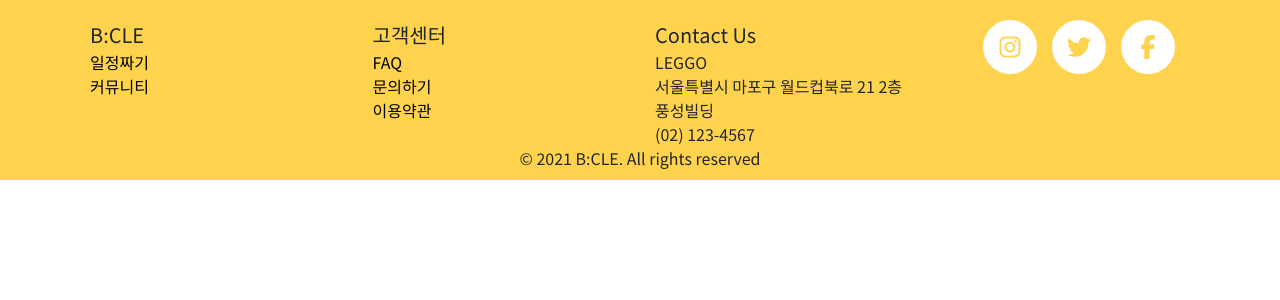
Repository: hyodii/FinalProject
Page: http://localhost/ViewPage/footer3.jsp
The author's editor kept a copy of each file at every save. The page is drawn from the files as they stood at one save, then again after the next save.
The browser window is 1280 px wide. The pictures show the whole page.
Some web libraries are served in a nearby version. The page is served by Tomcat 9.

Above is the page before, as saved 2021-12-08 04:53:54.
Console error (its wording comes from the project's code and is left out).

### ViewPage/WebContent/footer3.jsp
<%@ page contentType="text/html; charset=UTF-8"%>
<%@ taglib prefix="c" uri="http://java.sun.com/jsp/jstl/core"%>
<%
	request.setCharacterEncoding("UTF-8");
	String cp = request.getContextPath();
%>
<!DOCTYPE html>
<html>
<head>
<meta charset="utf-8">
<title>B:CLE Footer(예비용)</title>

<link
	href="https://cdn.jsdelivr.net/npm/bootstrap@4.4.1/dist/css/bootstrap.min.css"
	rel="stylesheet">
<script
	src="https://cdn.jsdelivr.net/npm/bootstrap@4.4.1/dist/js/bootstrap.bundle.min.js"></script>
<link rel="preconnect" href="https://fonts.googleapis.com">
<link rel="preconnect" href="https://fonts.gstatic.com">
<link
	href="https://fonts.googleapis.com/css2?family=Noto+Sans+KR:wght@400;700&display=swap"
	rel="stylesheet">
<script src="https://kit.fontawesome.com/dab690a483.js" crossorigin="anonymous"></script>
<style type="text/css">

/*reset*/
* {margin: 0;padding: 0;}
body {margin: 0;}
h1, h2, h3, h4, h5, h6, p, ul, ol, li, dl, dt, dd {margin: 0; padding: 0;}
h1, h2, h3, h4, h5, h6 {font-weight: 700; }
a {color: inherit; text-decoration: inherit;}
img {vertical-align: middle;}
a img {border: none;}
li {list-style: none;}
address, em, i, ul {font-style: normal;}

/*layout*/
.mo {display: none;}
.en {font-family: 'Exo 2', sans-serif;}
body {font-family: 'Noto Sans KR', sans-serif; font-size: 14px;}
.wrap {margin: 0 auto; }

#footer-wrapper
{
	background-color: #FFD34E;
	font-family: 'Noto Sans KR', sans-serif;
	font-size: 12pt;
}
.title
{
	font-family: 'Noto Sans KR', sans-serif;
	font-size: 15pt;
}

.container
{
	padding: 20px;
}

ul
{
   list-style:none;
   padding-left:0px;
}
a.menuitem
{
	text-decoration: none;
	text-align: center;
	color: black;
}
a.menuitem:hover
{
	color: #105B63;
}


.second-box
{
  display: flex;
  justify-content: flex-end;
}

.icon
{
  /* width: 40%; */
  display: flex;
  justify-content: flex-end;
  color: #FFD34E
}

.icon-box
{
  width: 54px;
  height: 54px;
  background-color: white;
  border-radius: 50%;
  margin-right: 15px;
  display: flex;
  justify-content: center;
  align-items: center;
}

.icon
{
  font-size: 24px;
}
.icon:hover {
  color: #105B63;
}

</style>

</head>
<body>

<!-- Footer -->
<div id="footer-wrapper">
	<footer id="footer" class="container">
		<div class="row">
			<div class="col-3 col-6-medium col-12-small">

				<!-- Links -->
					<section class="widget links">
						<div class="title">B:CLE</div>
						<ul class="style2">
							<li><a href="#" class="menuitem">일정짜기</a></li>
							<li><a href="mainhome.action" class="menuitem">커뮤니티</a></li>
							<!-- <li><a href="#">Felis varius pellentesque potenti</a></li>
							<li><a href="#">Nullam scelerisque blandit leo</a></li> -->
						</ul>
					</section>

			</div>
			<div class="col-3 col-6-medium col-12-small">

				<!-- Links -->
					<section class="widget links">
						<div class="title">고객센터</div>
						<ul class="style2">
							<li><a href="#" class="menuitem">FAQ</a></li>
							<li><a href="#" class="menuitem">문의하기</a></li>
							<li><a href="#" class="menuitem">이용약관</a></li>
							<!-- <li><a href="#">Felis varius pellentesque potenti</a></li>
							<li><a href="#">Nullam scelerisque blandit leo</a></li> -->
						</ul>
					</section>

			</div>

			<div class="col-3 col-6-medium col-12-small">

				<!-- Contact -->
					<section class="widget contact last">
						<div class="title">Contact Us</div>

						<p class="menuitem">LEGGO<br />
						서울특별시 마포구 월드컵북로 21 2층 풍성빌딩<br />
						(02) 123-4567</p>
					</section>

			</div>

			<div class="col-3 col-6-medium col-12-small">

				<!-- 아이콘 -->
				<!-- <section class="widget contact last icon"> -->
					<div class="second-box">
			              <div class="icon-box">
			                  <i class="fab fa-instagram icon"></i>
			              </div>
			              <div class="icon-box">
			                  <i class="fab fa-twitter icon"></i>
			              </div>
			              <div class="icon-box">
			                  <i class="fab fa-facebook-f icon"></i>
			              </div>
					</div>
				<!-- </section> -->

			</div>

		</div>

		<div class="row">
			<div class="col-12">
				<div id="copyright">
					<ul class="menu" style="text-align: center; height: 2vh;">
						<li>&copy; 2021 B:CLE. All rights reserved</li>
					</ul>
				</div>
			</div>
		</div>
	</footer>
</div>

</body>
</html>

After the next save:
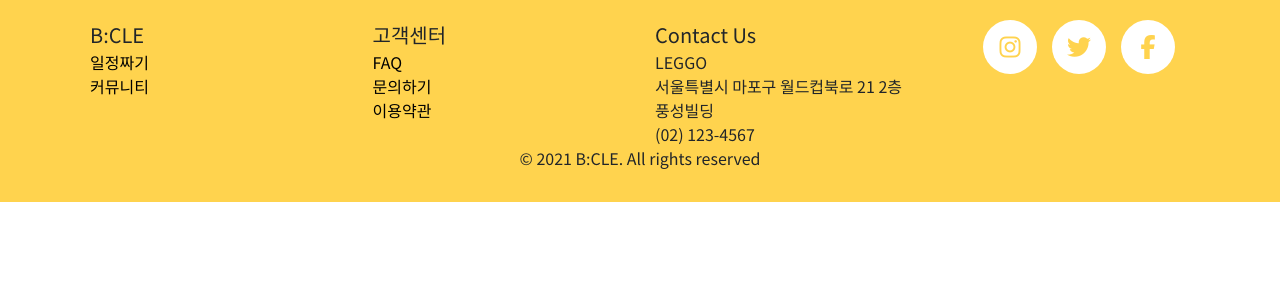
Saved 55 s later.
--- a/ViewPage/WebContent/footer3.jsp
+++ b/ViewPage/WebContent/footer3.jsp
@@ -184,7 +184,7 @@ a.menuitem:hover
 		<div class="row">
 			<div class="col-12">
 				<div id="copyright">
-					<ul class="menu" style="text-align: center; height: 2vh;">
+					<ul class="menu" style="text-align: center; height: 5vh;">
 						<li>&copy; 2021 B:CLE. All rights reserved</li>
 					</ul>
 				</div>
